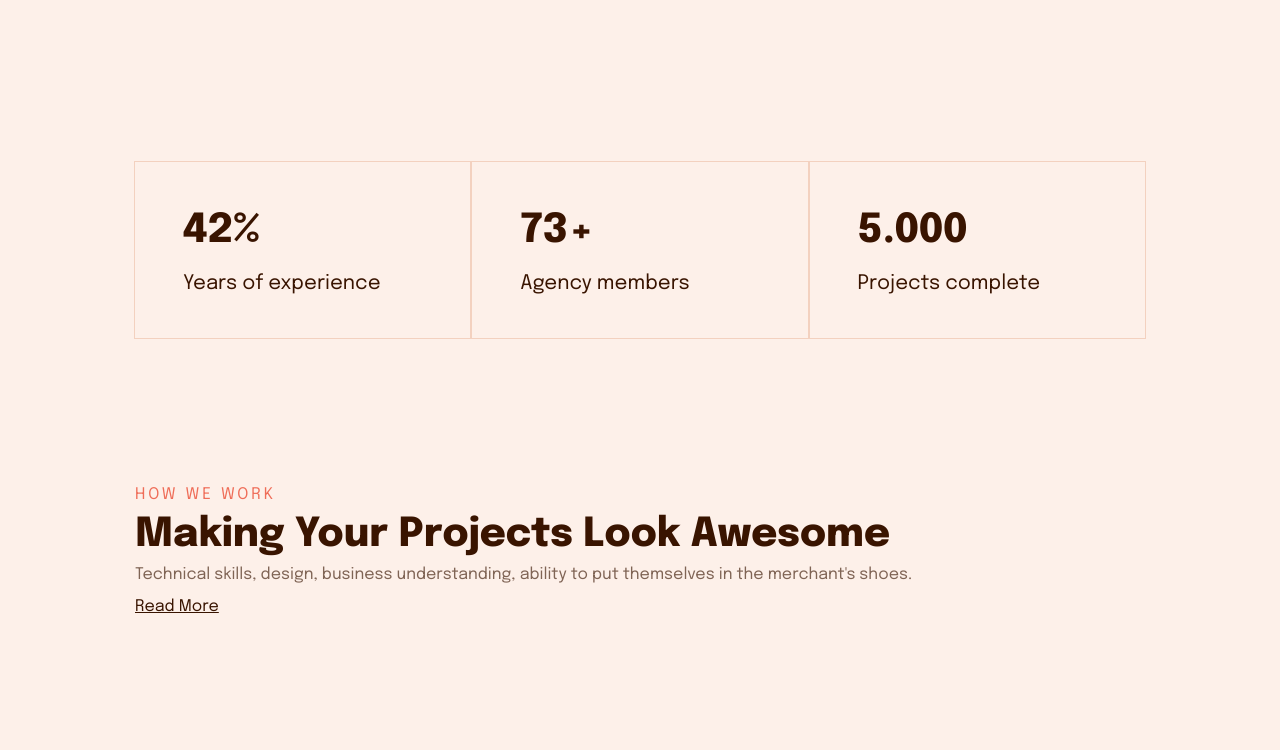
Repository: MehdiKerimov/Figma-task-7
Page: index.html
An editor plug-in stored every save of this project. The page is shown before and after the next save, followed by the edit.
The browser window is 1280 px wide. The pictures show the whole page.

Above is the page before, as saved 2023-08-30 12:12:09.

### index.html
<!DOCTYPE html>
<html lang="en">

<head>
    <meta charset="UTF-8">
    <meta name="viewport" content="width=device-width, initial-scale=1.0">
    <title>Document</title>
    <link rel="stylesheet" href="index.css">
</head>

<body>
    <div class="container">
        <div class="container-1">
            <ul>

                    <li>
                        <h1>42%</h1>
                        <p>Years of experience</p>
                    </li>


                    <li>
                        <h1>73+</h1>
                        <P>Agency members</P>
                    </li>


                    <li>
                        <h1>5.000</h1>
                        <p>Projects complete</p>
                    </li>

            </ul>
        </div>
        <div class="container-2">
            <div class="text-container">
                <h1>How we work</h1>
                <h2>Making Your Projects Look Awesome</h2>
                <p>Technical skills, design, business understanding, ability to put themselves in the merchant's shoes.</p>
                <a href="">Read More</a>
            </div>
            <ul>

            </ul>

        </div>
    </div>


</body>

</html>

### index.css
@import url("https://fonts.googleapis.com/css2?family=Epilogue:wght@400;800&display=swap");
* {
  padding: 0;
  margin: 0;
  box-sizing: border-box;
}
.container {
  background: #fdf0e9;
  min-height: 100vh;
}
.container-1 {
  padding: 161px 134px 140px 134px;
}

.container-1 .box-1 {
  width: 391px;
  height: 176px;
  border-radius: 6px 0px 0px 6px;
}
.container-1 ul {
  display: flex;
}
.container-1 ul li {
  list-style-type: none;
  width: 33.33%;
  border: 1px solid #f3d1bf;
  padding: 45px 0 38px 48px;
}
.container-1 ul li h1 {
  color: var(--text-dark, #391400);
  font-feature-settings: "clig" off, "liga" off;
  font-family: Epilogue;
  font-size: 40px;
  font-style: normal;
  font-weight: 800;
  line-height: 48px;
}
.container-1 ul li p {
  margin-top: 13px;
  color: var(--text-dark, #391400);
  font-feature-settings: "clig" off, "liga" off;
  font-family: Epilogue;
  font-size: 20px;
  font-style: normal;
  font-weight: 400;
  line-height: 32px;
}
.container-1 .box-1 li h1 {
  padding: 45px 0px 13px 48px;
}
.container-1 .box-1 li p {
  margin-left: 48px;
}
.container-1 .box-3 li p {
  margin-left: 48px;
  color: var(--text-dark, #391400);
  font-feature-settings: "clig" off, "liga" off;
  font-family: Epilogue;
  font-size: 20px;
  font-style: normal;
  font-weight: 400;
  line-height: 32px;
}
.container-2{
    padding: 0 203px 127px 135px;
    display: flex;
}
.container-2 .text-container h1 {
  color: var(--text-dark-accent, #ef6d58);
  font-feature-settings: "clig" off, "liga" off;
  font-family: Epilogue;
  font-size: 16px;
  font-style: normal;
  font-weight: 400;
  line-height: 32px;
  letter-spacing: 3px;
  text-transform: uppercase;
}
.container-2 .text-container h2 {
  color: var(--text-dark, #391400);
  font-feature-settings: "clig" off, "liga" off;
  font-family: Epilogue;
  font-size: 40px;
  font-style: normal;
  font-weight: 800;
  line-height: 48px;
}
.container-2 .text-container p {
  color: var(--text-dark-gray, rgba(57, 20, 0, 0.64));
  font-feature-settings: "clig" off, "liga" off;
  font-family: Epilogue;
  font-size: 16px;
  font-style: normal;
  font-weight: 400;
  line-height: 32px;
}
.container-2 .text-container a {
  color: var(--text-dark, #391400);
  font-feature-settings: "clig" off, "liga" off;
  font-family: Epilogue;
  font-size: 16px;
  font-style: normal;
  font-weight: 400;
  line-height: 32px;
}

After the next save:
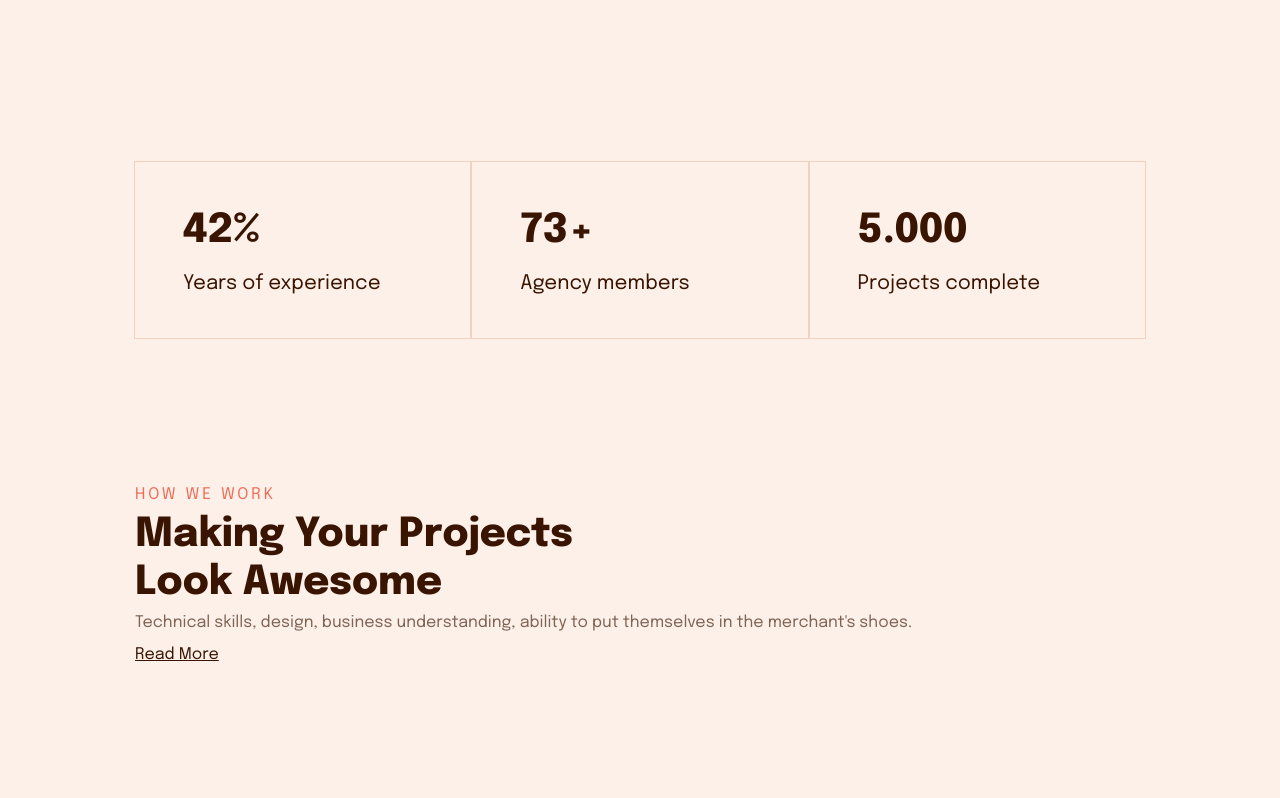
Saved 33 s later.
--- a/index.css
+++ b/index.css
@@ -77,6 +77,7 @@
   text-transform: uppercase;
 }
 .container-2 .text-container h2 {
+    width: 448px;
   color: var(--text-dark, #391400);
   font-feature-settings: "clig" off, "liga" off;
   font-family: Epilogue;
